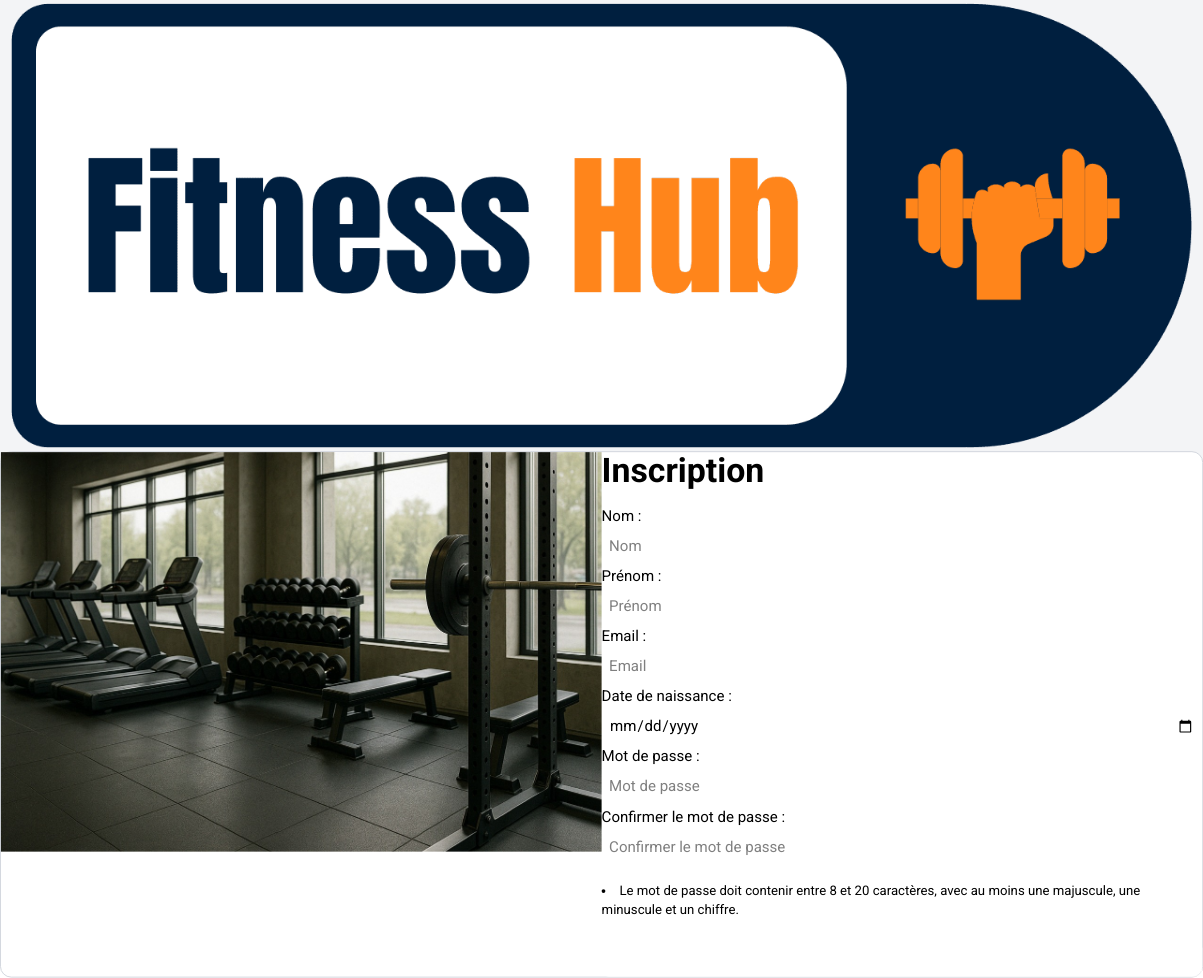
Repository: fahchouchsm/clubSportifWeb
Page: src/pages/inscription.html
The author's editor kept a copy of each file at every save. The page is drawn from the files as they stood at one save, then again after the next save.
The browser window is 1280 px wide. The pictures show the whole page, at 94% of full size.

Above is the page before, as saved 2025-04-19 17:53:15.

### src/pages/inscription.html
<!doctype html>
<html lang="fr">
  <head>
    <meta charset="UTF-8" />
    <meta name="viewport" content="width=device-width, initial-scale=1.0" />
    <link href="../css/output.css" rel="stylesheet" />
    <link rel="stylesheet" href="../css/main.css" />
    <link rel="stylesheet" href="../css/style.css" />
    <title>Inscription</title>
  </head>
  <body>
    <div
      class="h-screen w-screen items-center justify-center bg-gray-100 px-24"
    >
      <a href="#" class="mb-6 text-2xl font-semibold text-gray-900">
        <img
          class="max-w-64"
          src="../public/logo/png/logo-no-background.png"
          alt="logo"
        />
      </a>
      <main
        class="mx-auto flex rounded-xl border border-gray-300 bg-white shadow-lg shadow-gray-400"
      >
        <img
          src="../public/imgs/salleInterieur.jpeg"
          class="h-full w-1/2 rounded-s-lg object-cover"
          alt="Image salle"
        />

        <form
          action="../php/inscription.php"
          method="post"
          class="flex w-1/2 flex-col gap-4 px-8 pt-8"
        >
          <h1 class="text-4xl font-bold">Inscription</h1>

          <!-- inputs -->
          <div class="grid w-full grid-cols-2 gap-4">
            <!-- Nom -->
            <div>
              <label for="nom">Nom :</label>
              <input
                class="input-style"
                type="text"
                name="nom"
                id="nom"
                placeholder="Nom"
                pattern="[a-zA-Z ]{3,30}"
                required
              />
            </div>

            <!-- Prénom -->
            <div>
              <label for="prenom">Prénom :</label>
              <input
                type="text"
                class="input-style"
                name="prenom"
                placeholder="Prénom"
                pattern="[a-zA-Z ]{3,30}"
                id="prenom"
                required
              />
            </div>

            <!-- Email -->
            <div>
              <label for="email">Email :</label>
              <input
                type="email"
                class="input-style"
                name="email"
                placeholder="Email"
                id="email"
                pattern="[a-zA-Z0-9._%+-]+@[a-zA-Z0-9.-]+\.[a-zA-Z]{2,}"
                required
              />
            </div>

            <!-- Date de naissance -->
            <div>
              <label for="date_naissance">Date de naissance :</label>
              <input
                type="date"
                class="input-style"
                name="date_naissance"
                id="date_naissance"
                required
              />
            </div>

            <!-- Mot de passe -->
            <div>
              <label for="pass">Mot de passe :</label>
              <input
                class="input-style"
                type="password"
                name="motdepasse"
                id="pass"
                placeholder="Mot de passe"
                pattern="^(?=.*[a-z])(?=.*[A-Z])(?=.*\d).{8,20}$"
                required
              />
            </div>

            <!-- Confirmation mot de passe -->
            <div>
              <label for="confPass">Confirmer le mot de passe :</label>
              <input
                type="password"
                class="input-style"
                placeholder="Confirmer le mot de passe"
                pattern="^(?=.*[a-z])(?=.*[A-Z])(?=.*\d).{8,20}$"
                id="confPass"
                required
              />
            </div>
          </div>

          <!-- 🤓 Tips -->
          <span class="text-sm text-gray-500">
            <li>
              Le mot de passe doit contenir entre 8 et 20 caractères, avec au
              moins une majuscule, une minuscule et un chiffre.
            </li>
          </span>

          <span class="text-sm text-red-500" id="passwordError">
            Les mots de passe ne correspondent pas.
          </span>

          <button
            type="submit"
            class="mt-2 ml-auto rounded bg-gray-700 px-4 py-2 text-white hover:bg-gray-800"
          >
            S'inscrire
          </button>
        </form>
      </main>
    </div>

    <script>
      document.addEventListener("DOMContentLoaded", () => {
        const form = document.querySelector("form");
        const passInput = document.getElementById("pass");
        const confPassInput = document.getElementById("confPass");
        const errorSpan = document.getElementById("passwordError");

        errorSpan.style.display = "none";

        form.addEventListener("submit", (e) => {
          if (passInput.value !== confPassInput.value) {
            e.preventDefault();
            errorSpan.style.display = "inline";
          } else {
            errorSpan.style.display = "none";
          }
        });
      });
    </script>

    <script src="../js/style.js"></script>
  </body>
</html>

### src/css/main.css
@import url("https://fonts.googleapis.com/css2?family=Roboto:wght@400;700&display=swap");

body {
  font-family: "Roboto", sans-serif;
}

### src/css/style.css
/* styles.css */
.input-style {
  @apply block w-full rounded-lg border-2 border-gray-300 p-2 focus:border-blue-500 focus:outline-none;
}

Loaded but not shown: src/js/style.js (39 lines, source omitted); src/css/output.css (1058 lines, source omitted)

After the next save:
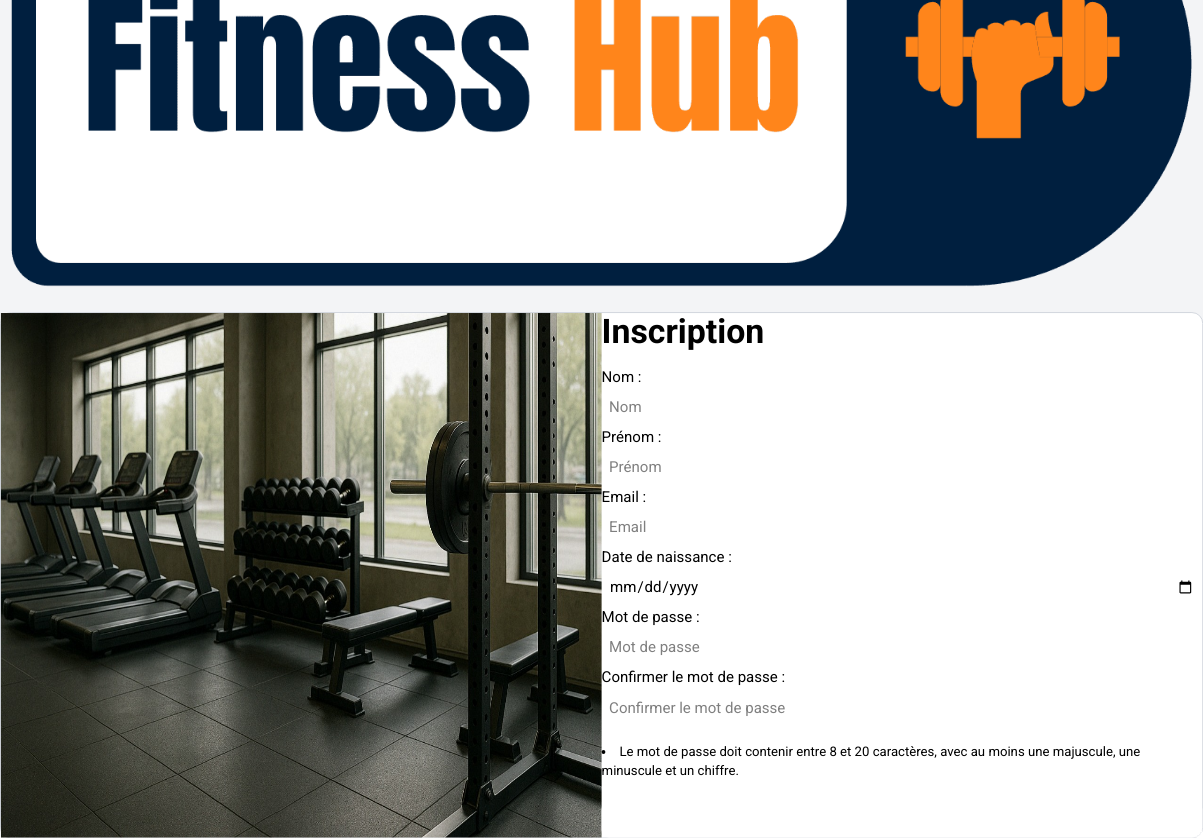
Saved 8 s later.
--- a/src/pages/inscription.html
+++ b/src/pages/inscription.html
@@ -10,7 +10,7 @@
   </head>
   <body>
     <div
-      class="h-screen w-screen items-center justify-center bg-gray-100 px-24"
+      class="flex h-screen w-screen flex-col items-center justify-center bg-gray-100 px-24"
     >
       <a href="#" class="mb-6 text-2xl font-semibold text-gray-900">
         <img
